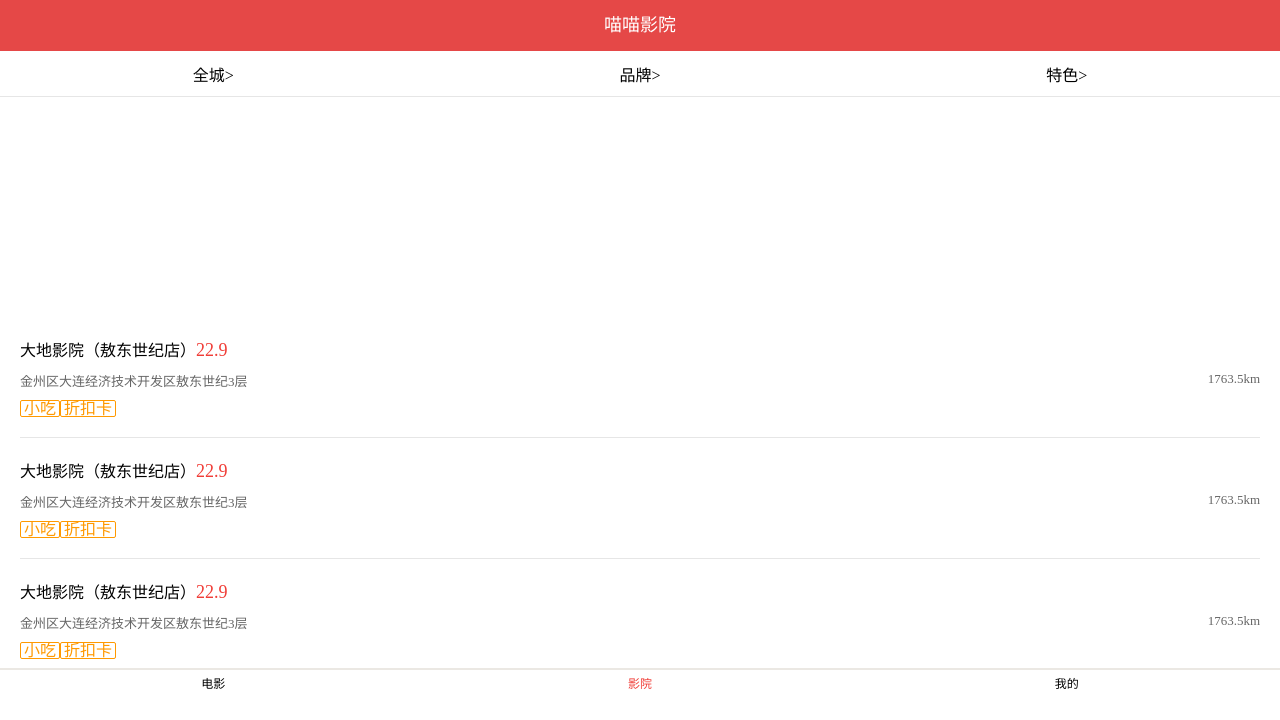
Repository: X-J-0/miaomiao_film
Page: /cinema (app in miaomiao/)
The author's editor kept a copy of each file at every save. The page is drawn from the files as they stood at one save, then again after the next save.
The browser window is 1280 px wide. The pictures show the whole page.
The project was rebuilt for these pictures with package versions that can differ from the ones it lists, and the page was loaded fresh each time. Also part of the build but not shown: miaomiao/src/components/Allocate/index.vue. Imported but missing from the stored project, and not drawn on this page: miaomiao/src/components/Brand, miaomiao/src/components/Special.

Above is the page before, as saved 2020-03-24 20:02:20.

After the next save:
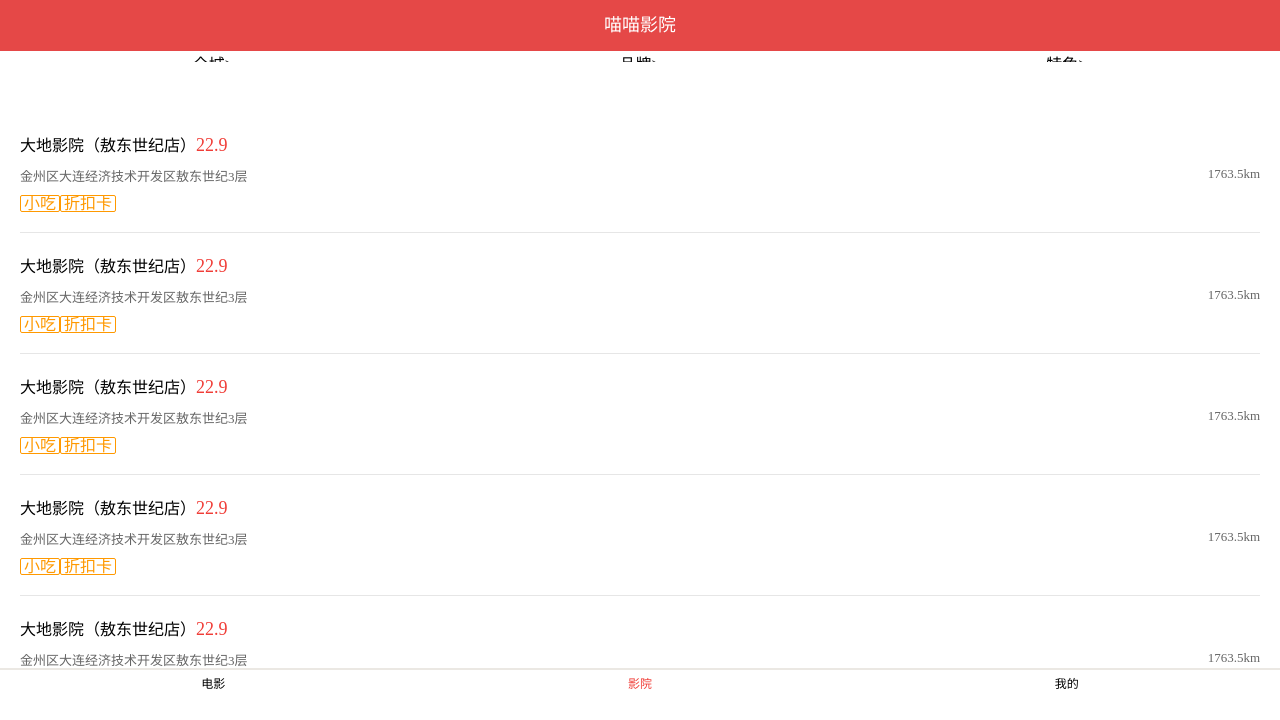
Saved 32 s later.
--- a/miaomiao/src/components/Clist/index.vue
+++ b/miaomiao/src/components/Clist/index.vue
@@ -43,7 +43,7 @@
                 <div>折扣卡</div>
             </div>
         </li>
-        <!-- <li>
+        <li>
             <div>
                 <span>大地影院（敖东世纪店）</span>
                 <span class="q"><span class="price">22.9</span></span>
@@ -56,7 +56,17 @@
                 <div>小吃</div>
                 <div>折扣卡</div>
             </div>
-        </li> -->
+        </li>
+        <li>
+            <div>
+                <span>大地影院（敖东世纪店）</span>
+                <span class="q"><span class="price">22.9</span></span>
+            </div>
+            <div class="address">
+                <span>金州区大连经济技术开发区敖东世纪3层</span>
+                <span>1763.5km</span>
+            </div>
+        </li>
     </ul>
 </div>
 </template>
